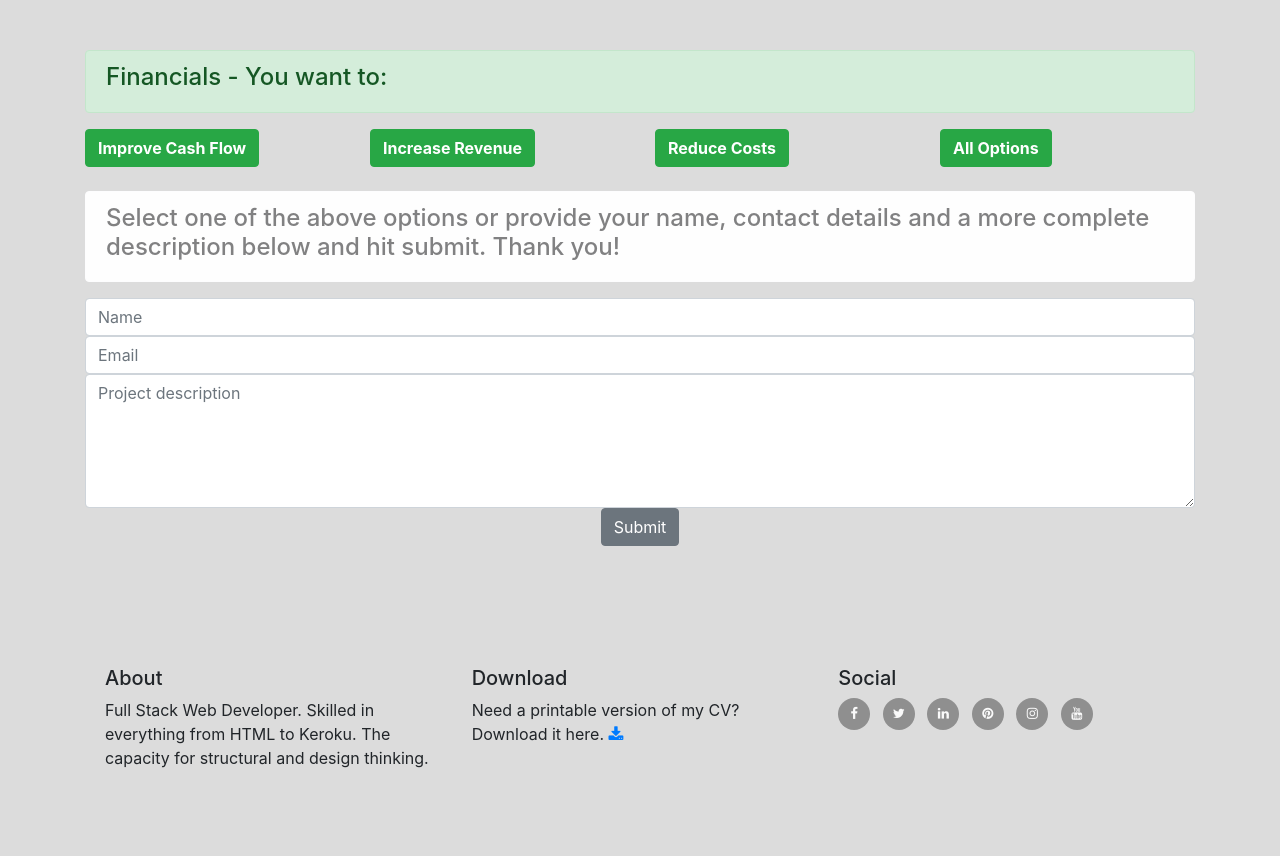
Repository: Code-Institute-Submissions/tenerim-milestone1
Page: Financials.html
The author's editor kept a record of every edit. The page is drawn from the files as they stood at one moment, then again after the next edit.
The browser window is 1280 px wide. The pictures show the whole page.

Above is the page before.

### Financials.html
<!DOCTYPE html>
<html lang="en">

<head>
    <meta charset="UTF-8">
    <meta name="viewport" content="width=device-width, initial-scale=1.0">
    <meta http-equiv="X-UA-Compatible" content="ie=edge">
    <link rel="stylesheet" href="https://stackpath.bootstrapcdn.com/bootstrap/4.3.1/css/bootstrap.min.css" type="text/css" />
    <link href="https://stackpath.bootstrapcdn.com/bootstrap/4.3.1/css/bootstrap.min.css" rel="stylesheet" integrity="sha384-ggOyR0iXCbMQv3Xipma34MD+dH/1fQ784/j6cY/iJTQUOhcWr7x9JvoRxT2MZw1T" crossorigin="anonymous">
    <link rel="stylesheet" href="https://stackpath.bootstrapcdn.com/font-awesome/4.7.0/css/font-awesome.min.css" type="text/css" />
    <link href="https://stackpath.bootstrapcdn.com/font-awesome/4.7.0/css/font-awesome.min.css" rel="stylesheet" integrity="sha384-wvfXpqpZZVQGK6TAh5PVlGOfQNHSoD2xbE+QkPxCAFlNEevoEH3Sl0sibVcOQVnN" crossorigin="anonymous">
    <link rel="stylesheet" href="assets/css/style.css" type="text/css" />
    <title>MT Milestone Project 1</title>

</head>

<!-------------------------------------------------------------Financials -->

<body>

    <section id="Financials" ;>

        <div class="container">

            <div class="row">
                <div class="col-sm-12">
                    <div class="alert alert-success" role="alert">
                        <h4 class="alert-heading">Financials - You want to:</h4>
                    </div>
                </div>
            </div>

            <div class="row">

                <div class="col-sm-3">
                    <button type="button" class="btn btn-success"><a href="#" class="alert-link">Improve Cash Flow</a></button> <br />
                </div>
                <div class="col-sm-3">
                    <button type="button" class="btn btn-success"><a href="#" class="alert-link">Increase Revenue</a></button> <br />
                </div>
                <div class="col-sm-3">
                    <button type="button" class="btn btn-success"><a href="#" class="alert-link">Reduce Costs</a></button> <br />
                </div>
                <div class="col-sm-3">
                    <button type="button" class="btn btn-success"><a href="#" class="alert-link">All Options</a></button> <br /> <br />
                </div>
            </div>

            <div class="alert alert-light" role="alert">
                <h4 class="alert-heading">Select one of the above options or provide your name, contact details and a more complete description below and hit submit. Thank you!</h4>
            </div>

            <div class="center-form">
                <form>
                    <input type="text" name="name" id="fullname" class="form-control" placeholder="Name" required />
                    <input type="email" name="email" id="emailaddress" class="form-control" placeholder="Email" required />
                    <textarea rows="5" name="projectsummary" id="projectsummary" class="form-control" placeholder="Project description" required></textarea>
                    <div class="form-row text-center">
                        <div class="col">
                            <button type="submit" class="btn btn-secondary">Submit</button>
                        </div>
                    </div>
                </form>
            </div>

        </div>

    </section>


    <!-------------------------------------------------------------Footer -->

    <section id="footer" ;>

        <footer class="container">
            <div id="footer-details" class="row">
                <div class="col-sm-4">
                    <h5 class="uppercase general-sub">About</h5>
                    <p class "inline-block">
                        Full Stack Web Developer. Skilled in everything from HTML to Keroku. The capacity for structural and design thinking.</p>
                </div>
                <div class="col-sm-4">
                    <h5 class="uppercase general-sub">Download</h5>
                    <p class "inline-block">
                        Need a printable version of my CV? Download it here.
                        <a href="assets/CV/sample-cv.pdf" target="_blank" class="cv-pdf">
                <i class="fa fa-download" aria-hidden="true"></i>
                <span class="sr-only">Download link.</span>
            </a>
                    </p>
                </div>
                <div class="col-sm-4">
                    <h5 class="uppercase general-sub">Social</h5>
                    <ul class="list-inline social-links">
                        <li class="list-inline-item">
                            <a target="_blank" href="#">
                            <i class="fa fa-facebook" aria-hidden="true"></i>
                            <span class="sr-only">Facebook</span>
                        </a>
                        </li>
                        <li class="list-inline-item">
                            <a target="_blank" href="#">
                            <i class="fa fa-twitter" aria-hidden="true"></i>
                            <span class="sr-only">twitter</span>
                        </a>
                        </li>
                        <li class="list-inline-item">
                            <a target="_blank" href="#">
                            <i class="fa fa-linkedin" aria-hidden="true"></i>
                            <span class="sr-only">LinkedIn</span>
                        </a>
                        </li>
                        </li>
                        <li class="list-inline-item">
                            <a target="_blank" href="#">
                            <i class="fa fa-pinterest" aria-hidden="true"></i>
                            <span class="sr-only">Pinterest</span>
                        </a>
                        </li>
                        </li>
                        <li class="list-inline-item">
                            <a target="_blank" href="#">
                            <i class="fa fa-instagram" aria-hidden="true"></i>
                            <span class="sr-only">Instagram</span>
                        </a>
                        </li>
                        </li>
                        <li class="list-inline-item">
                            <a target="_blank" href="#">
                            <i class="fa fa-youtube" aria-hidden="true"></i>
                            <span class="sr-only">YouTube</span>
                        </a>
                        </li>
                    </ul>
                </div>
            </div>
        </footer>

    </section>

</body>

</html>

### assets/css/style.css
.container-fluid {
    background-color: rgb(220, 220, 220);
}

section {
    background-color: rgb(220, 220, 220);
    padding-top: 50px;
    padding-bottom: 50px;
}

.splash {
    background-color: rgb(192, 192, 192);
}


.display-4 {
    padding-top: 50px;
}


.lead {
    padding-bottom: 50px;
}


.headbox {
    border-radius: 25px;
    border: 2px solid #73AD21;
    padding: 10px;
    text-align: center;
    width: 200px;

}

h4 {
    color: rgb(255, 255, 255);
}


.alert-link {

color: rgb(255, 255, 255);
}

/*--------------------------------------How I Got Here-----*/

.timeline-item {
    padding: 0em 1em 1em 1em;
    border-left: 1px solid;
}

.timeline-item:before {
    content: attr(data-dates);
    left: 2.5em;
    top: 3em;
    display: block;
    font-weight: 500;
    font-size: 1em;
    color: #fafafa;
}

.timeline-item:after {
    width: 12px;
    height: 12px;
    display: block;
    top: -3em;
    position: relative;
    left: -23px;
    border-radius: 12px;
    content: "";
    background: #fafafa;
}


/*--------------------------------------How I Add Value-----*/








/*--------------------------------------Contact-----*/

.contact {
  position: relative;
  text-align: center;
  color: white;
}


.top-left {
  position: absolute;
  top: 8px;
  left: 16px;
}




/*--------------------------------------Footer-----*/

.social-links {
    padding-bottom: 15px;
}

.social-links li a i {
    width: 32px;
    height: 32px;
    padding: 12px 0;
    border-radius: 50%;
    font-size: 13px;
    line-height: 7px;
    text-align: center;
    color: #fafafa;
    background: #8f8f8f;
    transition: all 0.35s ease-in-out;
    -moz-transition: all 0.35s ease-in-out;
    -webkit-transition: all 0.35s ease-in-out;
    -o-transition: all 0.35s ease-in-out;
}

.social-links li a i:hover {
    background: #e84610;
}

#footer-details {
    padding: 20px;
}

After the next edit:
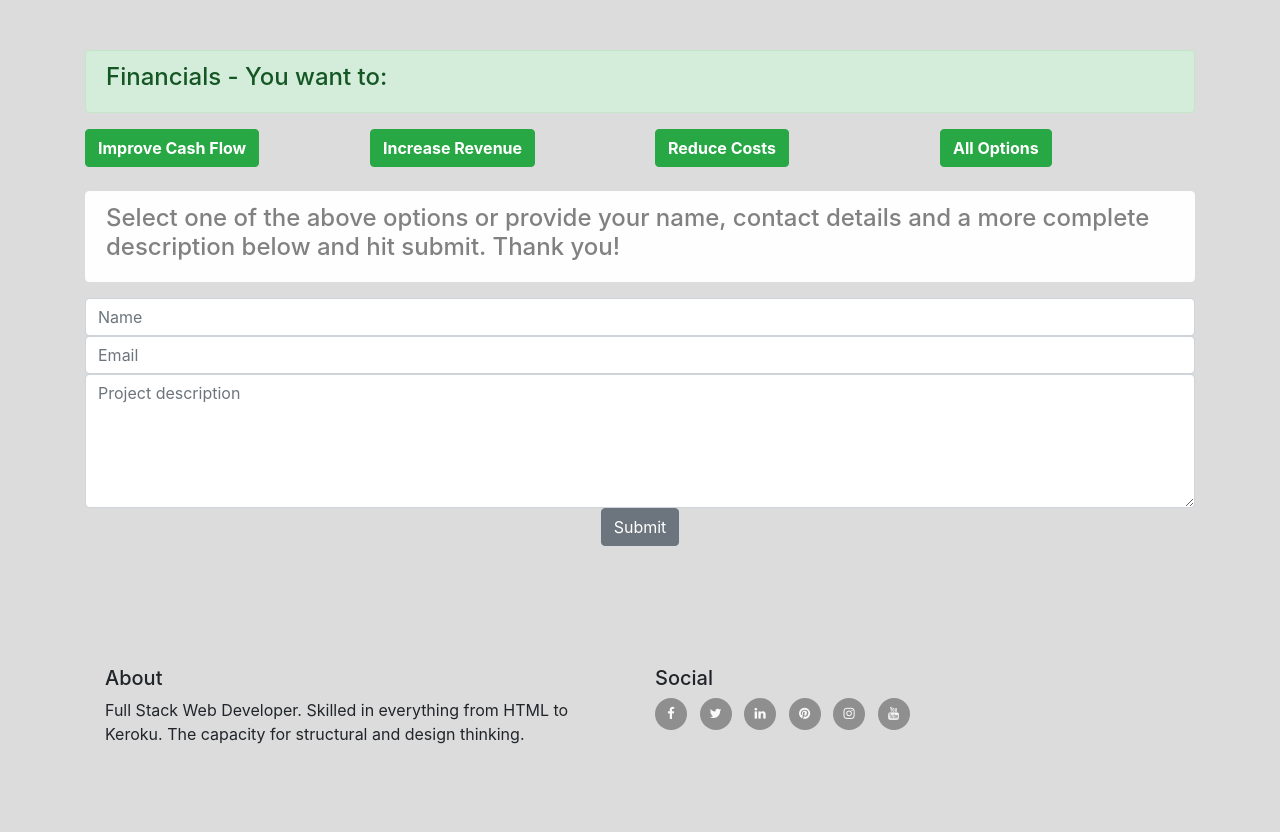
The edit:
--- a/Financials.html
+++ b/Financials.html
@@ -70,26 +70,18 @@
 
     <!-------------------------------------------------------------Footer -->
 
-    <section id="footer" ;>
+    <Section id="footer" ;>
 
         <footer class="container">
             <div id="footer-details" class="row">
-                <div class="col-sm-4">
+                <div class="col-sm-6">
                     <h5 class="uppercase general-sub">About</h5>
                     <p class "inline-block">
                         Full Stack Web Developer. Skilled in everything from HTML to Keroku. The capacity for structural and design thinking.</p>
                 </div>
-                <div class="col-sm-4">
-                    <h5 class="uppercase general-sub">Download</h5>
-                    <p class "inline-block">
-                        Need a printable version of my CV? Download it here.
-                        <a href="assets/CV/sample-cv.pdf" target="_blank" class="cv-pdf">
-                <i class="fa fa-download" aria-hidden="true"></i>
-                <span class="sr-only">Download link.</span>
-            </a>
-                    </p>
-                </div>
-                <div class="col-sm-4">
+
+
+                <div class="col-sm-6">
                     <h5 class="uppercase general-sub">Social</h5>
                     <ul class="list-inline social-links">
                         <li class="list-inline-item">
@@ -134,9 +126,10 @@
                     </ul>
                 </div>
             </div>
+
         </footer>
 
-    </section>
+    </Section>
 
 </body>
 
